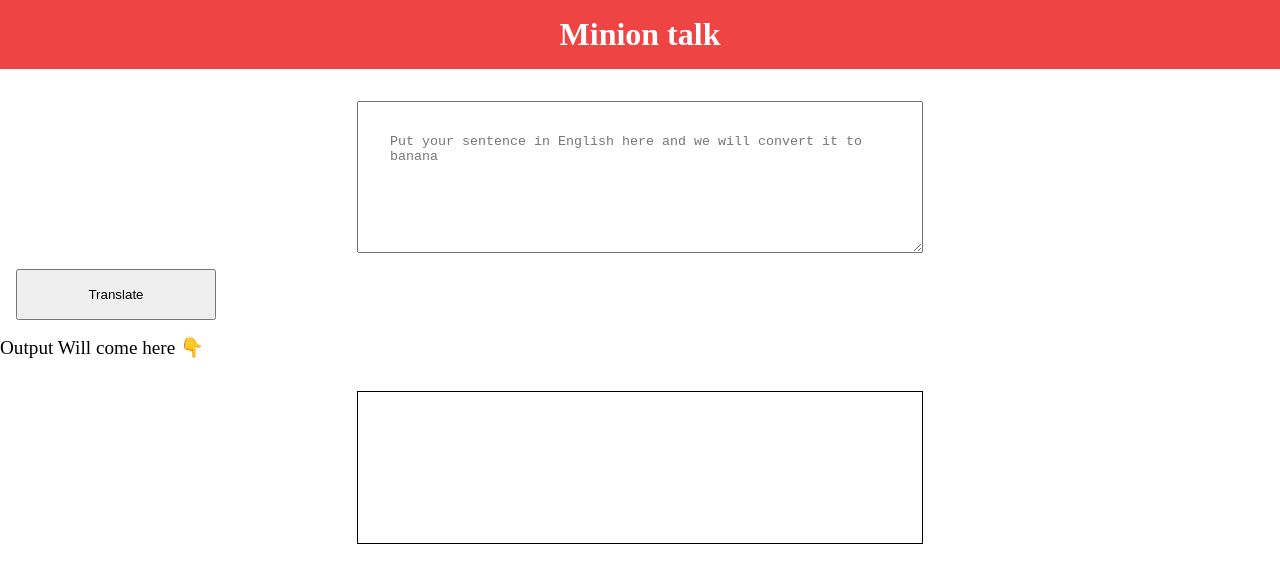
Repository: sohan2503001/Avator-speak
Page: index.html
An editor plug-in stored every save of this project. The page is shown before and after a run of saves, followed by the edit.
The browser window is 1280 px wide. The pictures show the whole page.

Above is the page before, as saved 2021-04-21 03:43:39.

After the next 2 saves:
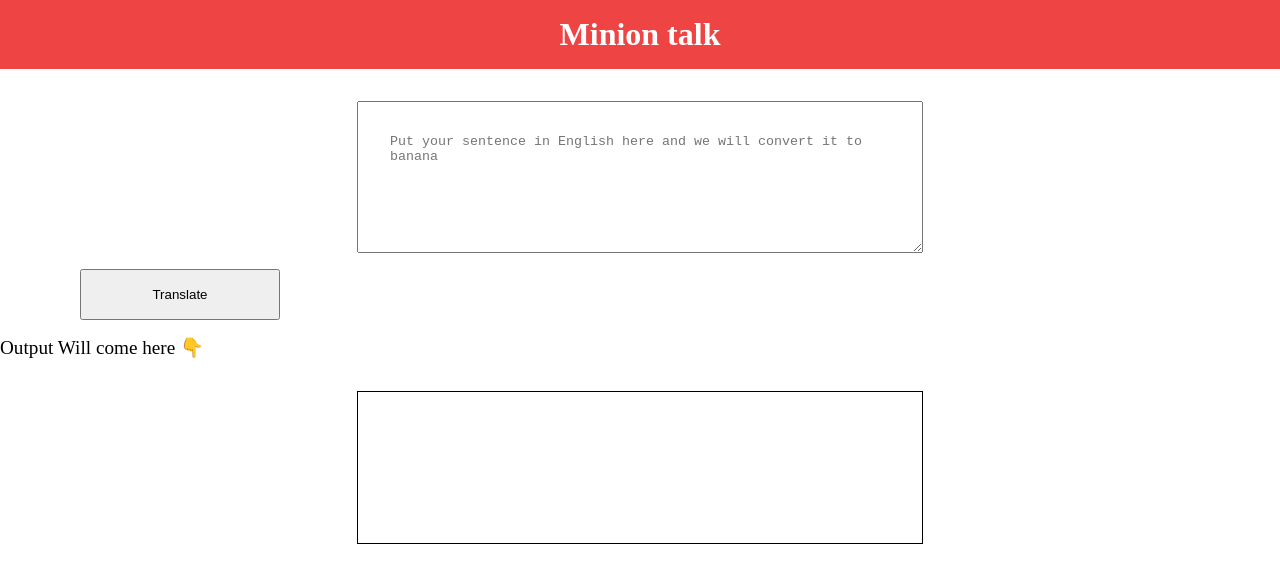
The 2 saves are shown as one change because they came seconds apart.
The last was saved 35 s later.
--- a/style.css
+++ b/style.css
@@ -30,7 +30,7 @@ textarea{
 #btn-translate{
     padding: 1rem;
     width: 200px;
-    margin: 1rem;
+    margin: 1rem 5rem;
 }
 
 #output{
